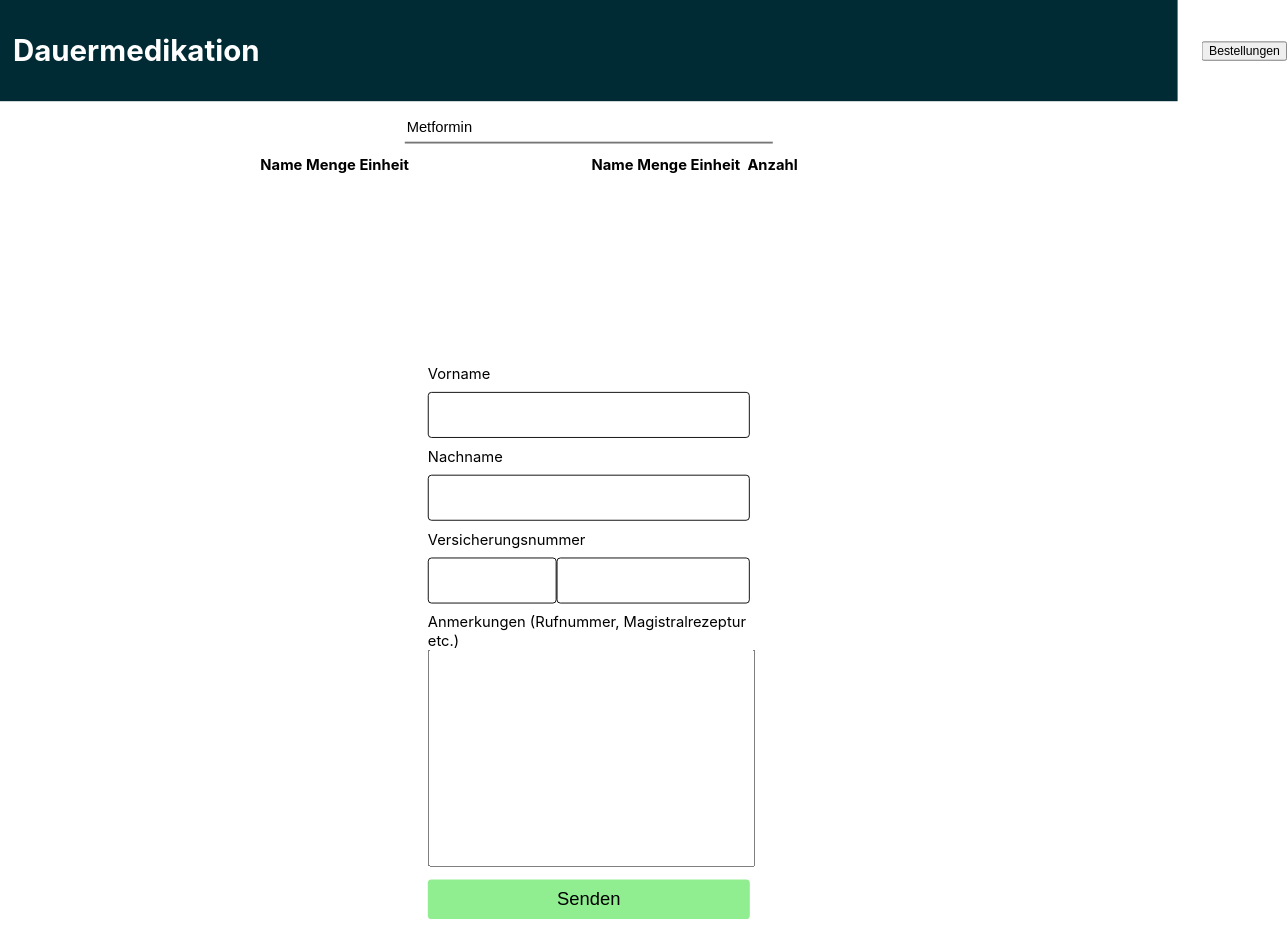
Repository: Esatollah/MedDemo
Page: / (app in client/)
These files come from the project's save history. The page is drawn as it stood at one moment and after the next save; the edit follows.
The browser window is 1280 px wide. The page is 1399 px wide, then 1280 px, so the pictures cover 1399 px, including what lies to the right of the window. The pictures show the whole page, at 92% of full size.
The page's requests for data from a server got no answer. The project was rebuilt for these pictures with package versions that can differ from the ones it lists, and the page was loaded fresh each time. No one was signed in, and anything a server would have sent is missing. Also part of the build but not shown: client/src/Routes/Bestellungen.jsx.

Above is the page before, as saved 2022-06-10 18:04:25.

After the next save:
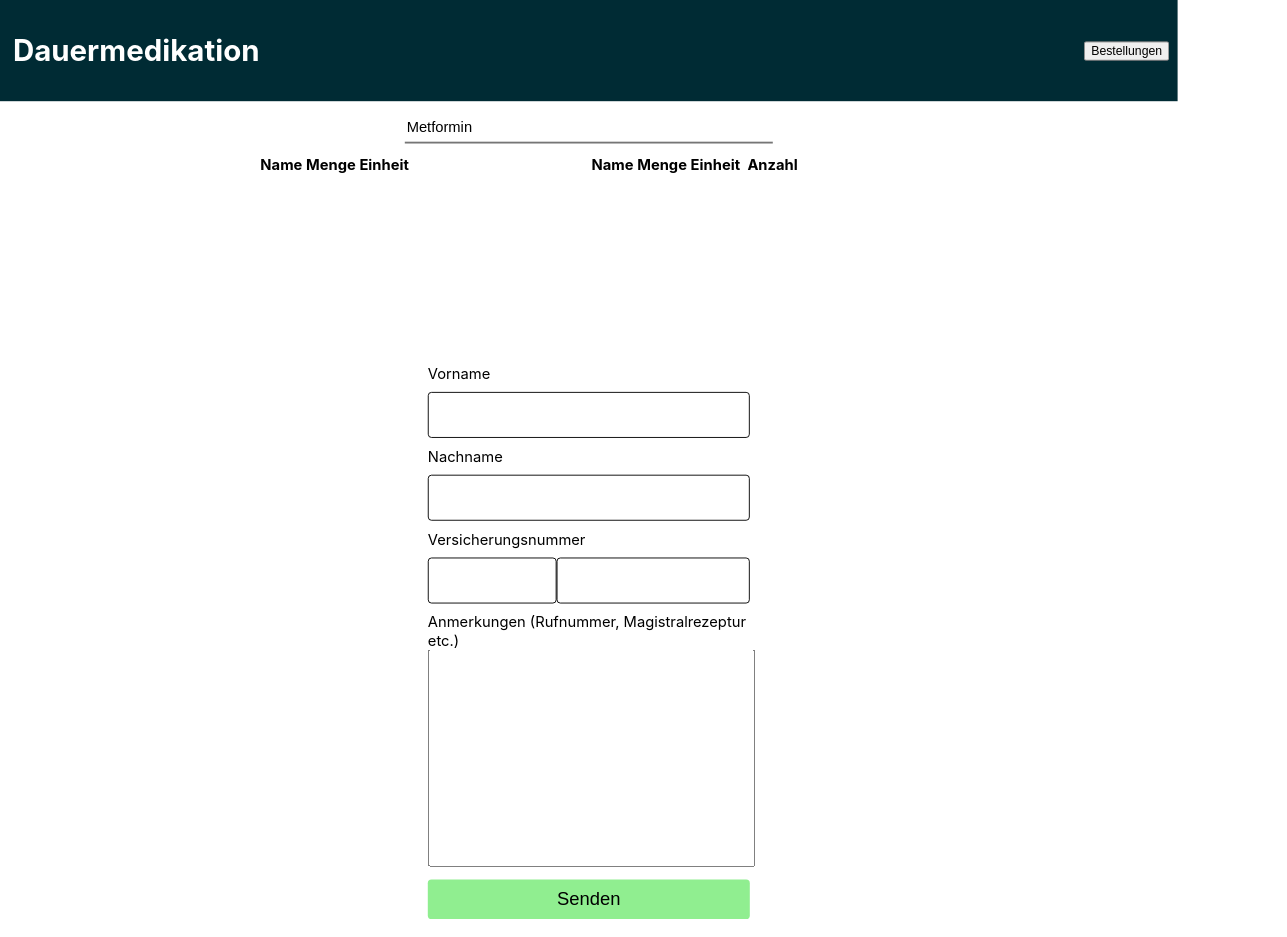
Saved 9 s later.
--- a/client/src/Styles/NavbarStyles.js
+++ b/client/src/Styles/NavbarStyles.js
@@ -13,6 +13,6 @@ export const NavWrap = styled.div`
     }
 
     div {
-    margin-left: 80%
+    margin-left: 70%
     }
 `;
